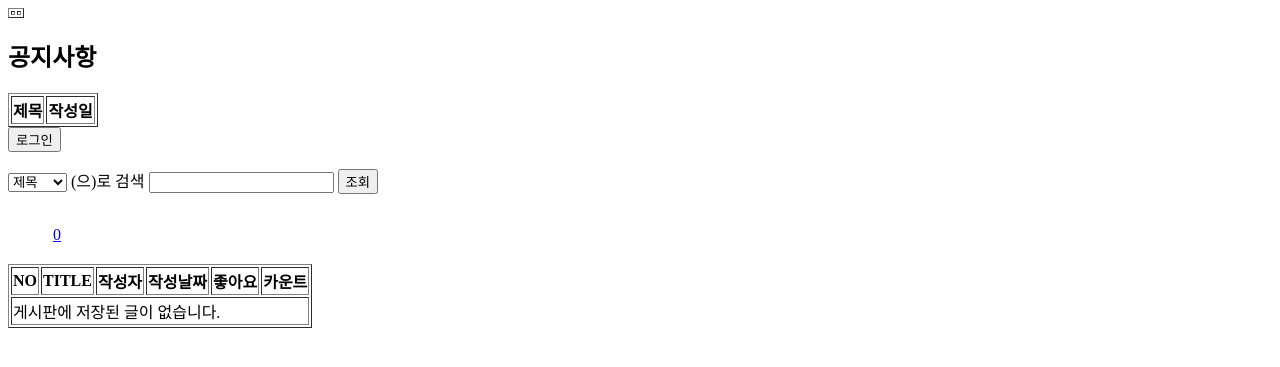
Repository: izuiw/team
Page: http://localhost/qCali/WEB-INF/views/board/list.jsp
These files come from the project's save history. The page is drawn as it stood at one moment and after the next save; the edit follows.
The browser window is 1280 px wide. The pictures show the whole page.
The page is served by Tomcat 9. Nobody is signed in. Other server files are loaded and not shown. The template is opened directly, without the code that normally fills it, so the values that code supplies are empty.

Above is the page before, as saved 2022-04-27 12:19:43.

### qCali/src/main/webapp/WEB-INF/views/board/list.jsp
<%@ page language="java" contentType="text/html; charset=UTF-8"
	pageEncoding="UTF-8"%>

<%@ taglib prefix="c" uri="http://java.sun.com/jsp/jstl/core"%>
<%@ taglib prefix="form" uri="http://www.springframework.org/tags/form"%>
<!DOCTYPE html>
<html xmlns:th="http://www.thymeleaf.org">
<head>

<meta charset="UTF-8">

<style>
ul {
	list-style: none;
	width: 30%;
	display: inline-block;
}

li {
	float: left;
	margin-left: 5px;
}
</style>

<title>Insert title here</title>
</head>
<body>



<%-- 	<c:if test="${!empty memberLogin}"> --%>
<!-- 		<h2>로그인 성공</h2> -->

<%--       게시글 수 : ${boardTotal } --%>
<!--       <table border="1"> -->
<!-- 			<tr> -->
<!-- 				<th>회원 번호</th> -->
<!-- 				<th>회원 ID</th> -->
<!-- 				<th>회원 닉네임</th> -->
<!-- 				<th>회원 생일</th> -->
<!-- 				<th>회원 가입 날짜</th> -->
<!-- 				<th>회원 인증 여부</th> -->
<!-- 				<th>회원 레벨</th> -->
<!-- 			</tr> -->
<!-- 			<tr> -->
<%-- 				<td>${memberLogin.memberSeq}</td> --%>
<%-- 				<td>${memberLogin.memberId}</td> --%>
<%-- 				<td>${memberLogin.memberNickname}</td> --%>
<%-- 				<td>${memberLogin.memberBirthDay}</td> --%>
<%-- 				<td>${memberLogin.memberRegDay}</td> --%>
<%-- 				<td>${memberLogin.memberAuth}</td> --%>
<%-- 				<td>${memberLogin.memberLevel}</td> --%>

<!-- 			</tr> -->
<!-- 		</table> -->
<%-- 		<a href="<c:url value='/member/logout'/>"><button>로그아웃</button></a> --%>
<!-- 		<a -->
<%-- 			href="<c:url value='/board/write?questionSeq=${boardQuestion.questionSeq }'/>"><button>글쓰기</button></a> --%>

<%-- 		<a href="<c:url value='/member/questionAdd'/>"><button>질문 --%>
<!-- 				등록하기</button></a> -->
<!-- 		<a -->
<%-- 			href="<c:url value='/member/mypage/confirmPwd?memberSeq=${memberLogin.memberSeq}'/>"><button>마이페이지</button></a> --%>

<%-- 	</c:if> --%>



	<table border="1">
		<tr>
			<td>${boardQuestion.questionContent}</td>
			<td>${boardQuestion.questionSeq}</td>
		</tr>
	</table>

	<h2>공지사항</h2>
	<table border="1">
		<tr>
			<th>제목</th>
			<th>작성일</th>
		</tr>
		<c:forEach var="n" items="${notice }">
			<tr>
				<td><a href="<c:url value='/notice/read/${n.noticeSeq}' />">${n.noticeTitle}</a></td>
				<td>${n.noticeRegDay }</td>
			</tr>
		</c:forEach>
	</table>

	<c:if test="${empty memberLogin}">
		<a href="<c:url value='/member/login'/>"><button>로그인</button></a>
	</c:if>

	<form action="<c:url value='/board/search'/>">
		<p>
			<select name="searchOption">
				<option value="boardTitle">제목</option>
				<option value="memberNickname">닉네임</option>
			</select> <label>(으)로 검색 <input name="searchWord" /></label> <input
				type="submit" value="조회">
		</p>

	</form>


	<table border="1">
		<tr>
			<th>NO</th>
			<th>TITLE</th>
			<th>작성자</th>
			<th>작성날짜</th>
			<th>좋아요</th>
			<th>카운트</th>


		</tr>




		<c:if test="${ empty boardList}">
			<tr>
				<td colspan="7">게시판에 저장된 글이 없습니다.</td>
			</tr>
		</c:if>

		<c:if test="${ !empty boardList}">
			<c:forEach var="list" items="${boardList}">
				<tr>
					<td>${list.rn}</td>

					<td><a
						href="<c:url value='/board/detail?boardSeq=${list.boardSeq}'/>">${list.boardTitle}</a>

					</td>



					<td><c:if test="${empty list.memberNickname }">
                  탈퇴 회원
               </c:if> ${list.memberNickname}</td>
					<td>${list.boardRegday}</td>
					<td>${list.boardLike}</td>
					<td>${list.boardCount}</td>

				</tr>

			</c:forEach>

		</c:if>
		<div>
			<ul>
				<c:if test="${pageMaker.prev }">
					<li><a
						href="list${pageMaker.makeQuery(pageMaker.startPage - 1) }">이전</a>
					</li>
				</c:if>

				<c:forEach var="currentPage" begin="${pageMaker.startPage }"
					end="${pageMaker.endPage }">
					<li><a href="list${pageMaker.makeQuery(currentPage) }">${currentPage }</a></li>
				</c:forEach>

				<c:if test="${pageMaker.next && pageMaker.endPage > 0 }">
					<li><a
						href="list${pageMaker.makeQuery(pageMaker.endPage + 1) }">다음</a>
					</li>
				</c:if>
			</ul>
		</div>


	</table>
</body>
</html>

After the next save:
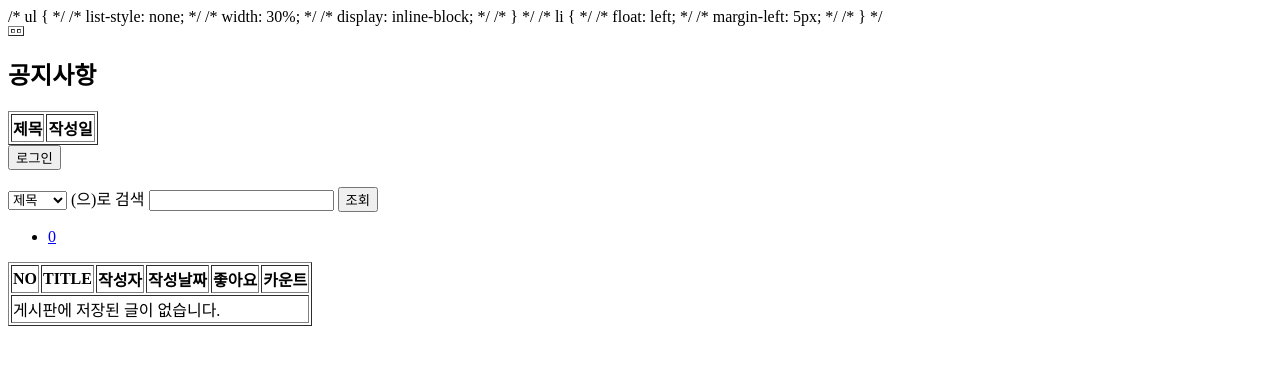
Saved 48 s later.
--- a/qCali/src/main/webapp/WEB-INF/views/board/list.jsp
+++ b/qCali/src/main/webapp/WEB-INF/views/board/list.jsp
@@ -9,18 +9,18 @@
 
 <meta charset="UTF-8">
 
-<style>
-ul {
-	list-style: none;
-	width: 30%;
-	display: inline-block;
-}
+<!-- <style> -->
+/* ul { */
+/* 	list-style: none; */
+/* 	width: 30%; */
+/* 	display: inline-block; */
+/* } */
 
-li {
-	float: left;
-	margin-left: 5px;
-}
-</style>
+/* li { */
+/* 	float: left; */
+/* 	margin-left: 5px; */
+/* } */
+<!-- </style> -->
 
 <title>Insert title here</title>
 </head>

After the save that followed:
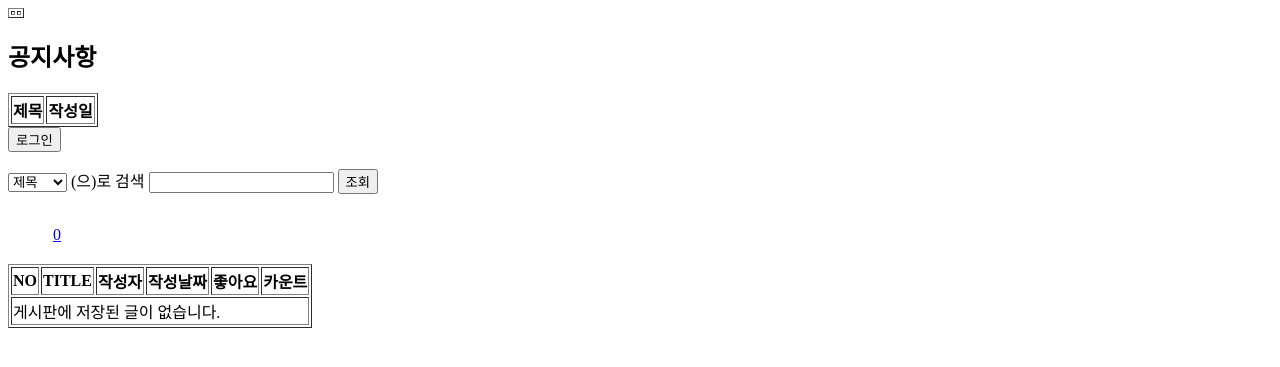
Saved 18 s later.
--- a/qCali/src/main/webapp/WEB-INF/views/board/list.jsp
+++ b/qCali/src/main/webapp/WEB-INF/views/board/list.jsp
@@ -9,18 +9,18 @@
 
 <meta charset="UTF-8">
 
-<!-- <style> -->
-/* ul { */
-/* 	list-style: none; */
-/* 	width: 30%; */
-/* 	display: inline-block; */
-/* } */
+<style>
+ul {
+	list-style: none;
+	width: 30%;
+	display: inline-block;
+}
 
-/* li { */
-/* 	float: left; */
-/* 	margin-left: 5px; */
-/* } */
-<!-- </style> -->
+li {
+	float: left;
+	margin-left: 5px;
+}
+</style>
 
 <title>Insert title here</title>
 </head>
